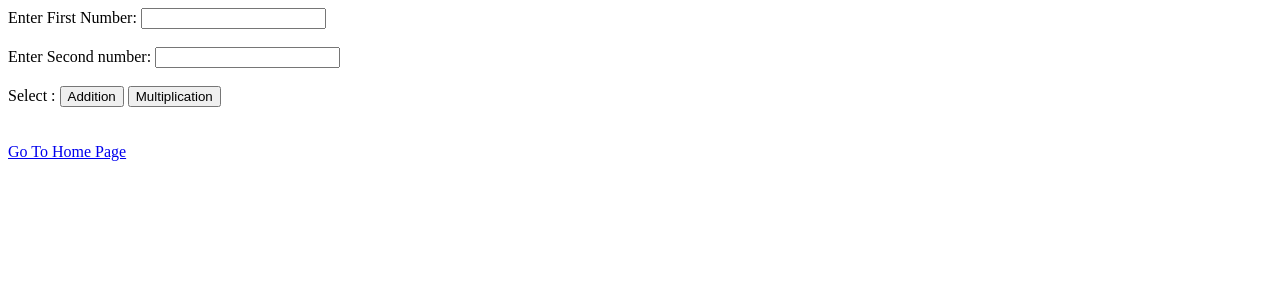
Repository: SNEHASHINDE26/JDBC
Page: eclipse-workspace/HttpServlets/src/main/webapp/add mul.html
The author's editor kept a copy of each file at every save. The page is drawn from the files as they stood at one save, then again after the next save.
The browser window is 1280 px wide. The pictures show the whole page.

Above is the page before, as saved 2024-01-17 09:34:06.

After the next save:
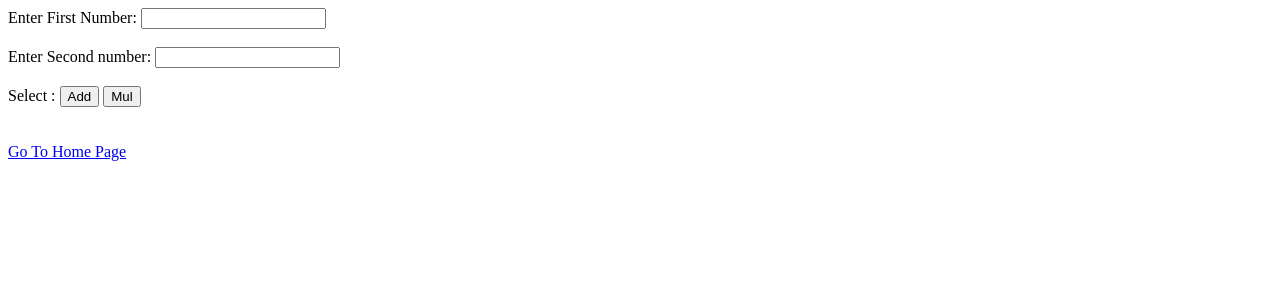
Saved 2 min 54 s later.
--- a/eclipse-workspace/HttpServlets/src/main/webapp/add mul.html
+++ b/eclipse-workspace/HttpServlets/src/main/webapp/add mul.html
@@ -15,8 +15,8 @@
          <input type="text" name="num2"><br></br>
 
          <label>Select :</label>
-         <input type="submit" name="add" value="Addition"/>
-         <input type ="submit" name="mul" value="Multiplication"/><br></br>
+         <input type="submit" name="add" value="Add"/>
+         <input type ="submit" name="mul" value="Mul"/><br></br>
 
       </form><br>
                <a href="index.html">Go To Home Page</a>
